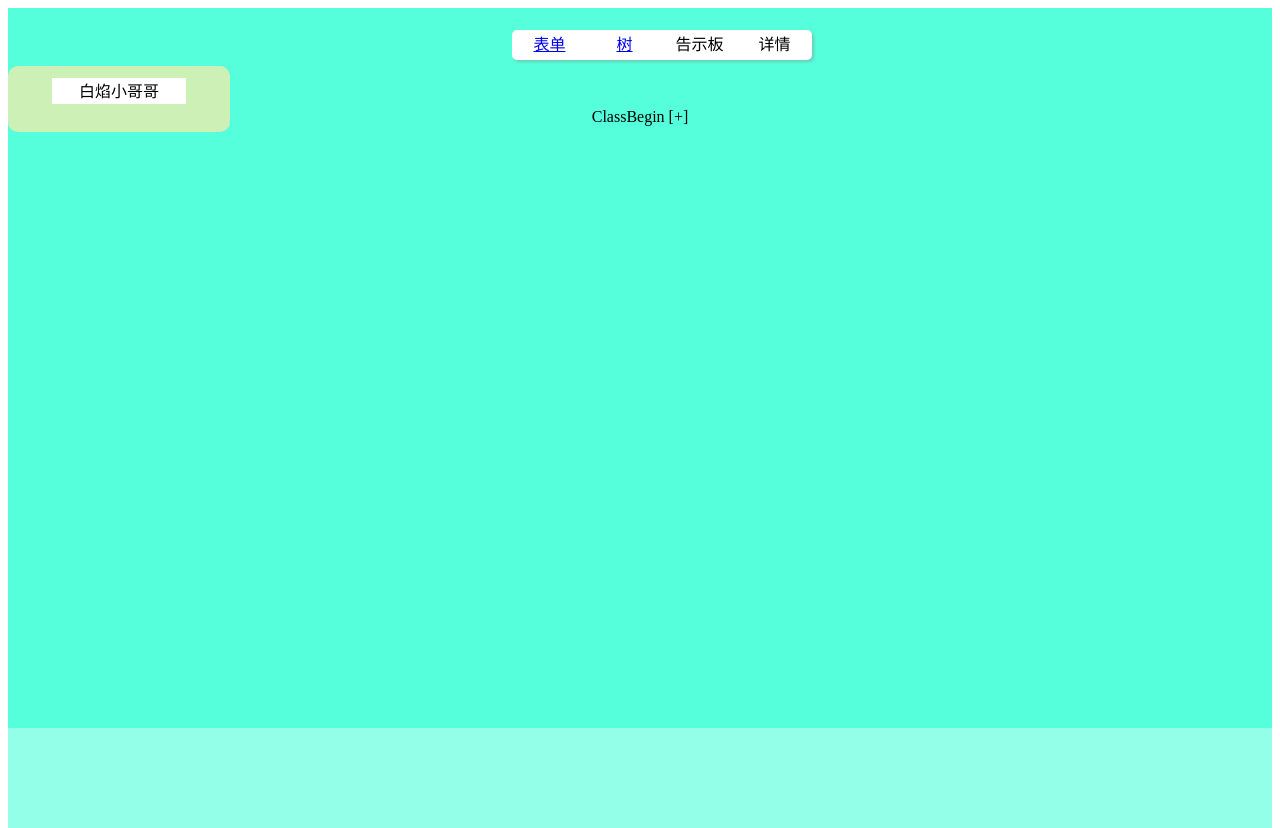
Repository: lxl0302/ClassBegin_-sound_code
Page: /#/tree
An editor plug-in stored every save of this project. The page is shown before and after a run of saves, followed by the edit.
The browser window is 1280 px wide. The pictures show the whole page.
The project was rebuilt for these pictures with package versions that can differ from the ones it lists, and the page was loaded fresh each time. Also part of the build but not shown: src/form/Form.vue, src/form/FromItem.vue, src/form/Input.vue, src/notice/KNotice.vue, src/form/index.vue, src/views/homepage.vue.

Above is the page before, as saved 2020-07-10 17:04:22.

### src/main.js
import Vue from 'vue'
import App from './App.vue'
import create from './utils/create'
import router from './router/index'
import store from './store/index'

Vue.config.productionTip = false

Vue.prototype.$create =create

new Vue({
  router,
  store,
  render: h => h(App),
}).$mount('#app')

### src/App.vue
<template>
  <div id="app">
    <HelloWorld />
  </div>
</template>

<script>
import HelloWorld from './views/index'

export default {
  name: 'App',
  components: {
    HelloWorld
  }
}
</script>

<style>
  html,body{
    height: 100%;
  }
  #app {
    height: 100%;
  }
</style>

### src/utils/create.js
import Vue from 'vue';

export default function create(Component, props) {
  // 先创建实例
  const vm = new Vue({
    render(h) {
      // h就是createElement, 它返回VNode
      return h(Component, {props})
    }
  }).$mount();
  // 手动挂在dom 创建实例后 会有与实例对应的实体dom
  document.body.appendChild(vm.$el)
  // 销毁方法
  const comp = vm.$children[0];
  comp.remove = function() {
    document.body.removeChild(vm.$el); // 移除实体dom
    vm.$destroy() // 销毁实例
  }
  return comp
}

### src/router/index.js
import Vue from "vue";
import VueRouter from "vue-router";

// 1.安装插件
Vue.use(VueRouter);

// 2.创建vue-router实例
//   2.1 导入路由映射组件
import KFrom from "../form/index.vue";
import Tree from "../tree/index1.vue";
import HomePage from '../views/homepage.vue'
const router = new VueRouter({
  // 配置映射
  routes: [
    {
      path: '',
      redirect: '/pagehome'
    },
    {
      path: '/pagehome',
      component: HomePage
    },
    {
      path: "/kform", // 设置路由路径
      component: KFrom, // 路由路径对应组件
    },
    {
      path: "/tree",
      component: Tree,
    },
  ]
});

// 3.导出
export default router;

### src/store/index.js
import Vuex from 'vuex'
import Vue from 'vue'

Vue.use(Vuex)

const store = new Vuex.Store({
  state: {
    count: 0,
    masterName: '白焰小哥哥'
  },
  mutations: {
    increment(state) {
      state.count ++
    },
    decrement(state) {
      state.count --
    }
  }
})

export default store

### src/views/index.vue
<template>
  <div class="zong">
    <storeView></storeView>
    <div class="toolbar">
      <span><router-link to="/kform">表单</router-link></span>
      <span><router-link to="/tree">树</router-link></span>
      <span>告示板</span>
      <span>详情</span>
    </div>
    <!-- 展示路由组件 -->
    <router-view></router-view>
  </div>
</template>

<script>
  import storeView from './storeView'
  export default {
    name: 'index',
    components: {
      storeView
    },
    data() {
      return {}
    },
    computed: {
      testData() {
        return this.$store.state.count
      }
    },
    mounted() {},
    methods: {
      formClick() {
        this.$router.push('/kform')
      },
      treeClick() {
        this.$router.push('/tree')
      }
    }
  }
</script>
<style scoped>
  div {
    /*早期浏览器*/
    user-select: none;
  }

  .zong {
    width: 100%;
    height: 100%;
    background-color: rgba(0, 255, 200, 0.418);
  }

  .toolbar {
    position: absolute;
    top: 30px;
    left: 40%;
    width: 300px;
    height: 30px;
    border-radius: 5px;
    background-color: white;
    box-shadow: 2px 2px 3px rgba(128, 128, 128, 0.377);
    /* 设置元素两端对齐 */
    text-align: justify;
  }

  .toolbar::after {
    content: '';
    display: inline-block;
    overflow: hidden;
    width: 100%;
  }

  .toolbar span {
    width: 25%;
    /* 设置盒子为行内块 */
    display: inline-block;
    /* background-color: skyblue; */
    /* 设置盒子内元素水平居中 */
    text-align: center;
    /* 设置盒子内容垂直居中 */
    line-height: 30px;
  }

  .toolbar span:hover {
    font-size: 16px;
    color: rgb(47, 206, 255);
  }
</style>

### src/tree/index1.vue
<template>
  <div class="zong">
    <item1 :model="treeData" />
  </div>
</template>

<script>
  import item1 from './Item1'
  export default {
    name: 'index',
    components: {
      item1
    },
    data() {
      return {
        treeData: {
          titile: 'ClassBegin',
          Children: [{
              titile: 'Vue2.x',
              Children: [{
                  titile: 'Vue基本语法'
                },
                {
                  titile: '组件通信'
                },
                {
                  titile: 'slot'
                },
                {
                  titile: 'v-router'
                },
                {
                  titile: 'vuex'
                },
                {
                  titile: '源码',
                  Children: [{
                      titile: 'v-router源码'
                    },
                    {
                      titile: 'vuex源码'
                    },
                    {
                      titile: 'vue组成方式'
                    }
                  ]
                }
              ]
            },
            {
              titile: 'Vue3.0',
              Children: [{
                titile: '有待开发'
              }]
            }
          ]
        }
      }
    },
    computed: {},
    mounted() {
      console.log('$router', this.$router);
    },
    methods: {}
  }
</script>
<style scoped>
  .zong {
    height: 100%;
    width: 100%;
    padding-top: 100px;
    text-align: center;
    list-style: none;
  }
</style>

### src/views/storeView.vue
<template>
  <div class="storezong">
    <div class="shichuang">
      {{this.$store.state.masterName}}
    </div>
  </div>
</template>

<script>
export default {
  name: '',
  components: {},
  data() {
    return {}
  },
  computed: {},
  mounted() {},
  methods: {}
}
</script>
<style scoped>
.storezong {
  position: absolute;
  top: 66px;
  height: 66px;
  width: 222px;
  background-color: rgba(235, 236, 173, 0.795);
  border-radius: 10px;
  text-align: center;
}
.shichuang {
  width: 60%;
  height: 40%;
  margin: 12px auto;
  background-color: #fff;
}
</style>

### src/tree/Item1.vue
<template>
  <div>
    <div @click="nodeChange">
      {{model.titile}}
      <span v-if="isFolder">[{{open ? '-' : '+'}}]</span>
    </div>
    <ul v-show="open">
      <item1 v-for="model in model.Children" :model=model :key="model.titile"></item1>
    </ul>
  </div>
</template>

<script>
export default {
  name: 'Item1',
  data() {
    return {
      open: false
    }
  },
  props: {
    model: {
      type: Object
    }
  },
  computed: {
    isFolder() { // 判断有没有子类
      return this.model.Children && this.model.Children.length
    }
  },
  methods: {
    nodeChange() {
      this.open = !this.open
    }
  }
}
</script>
<style scoped>
</style>

Loaded but not shown: public/index.html (common file)

After the next 2 saves:
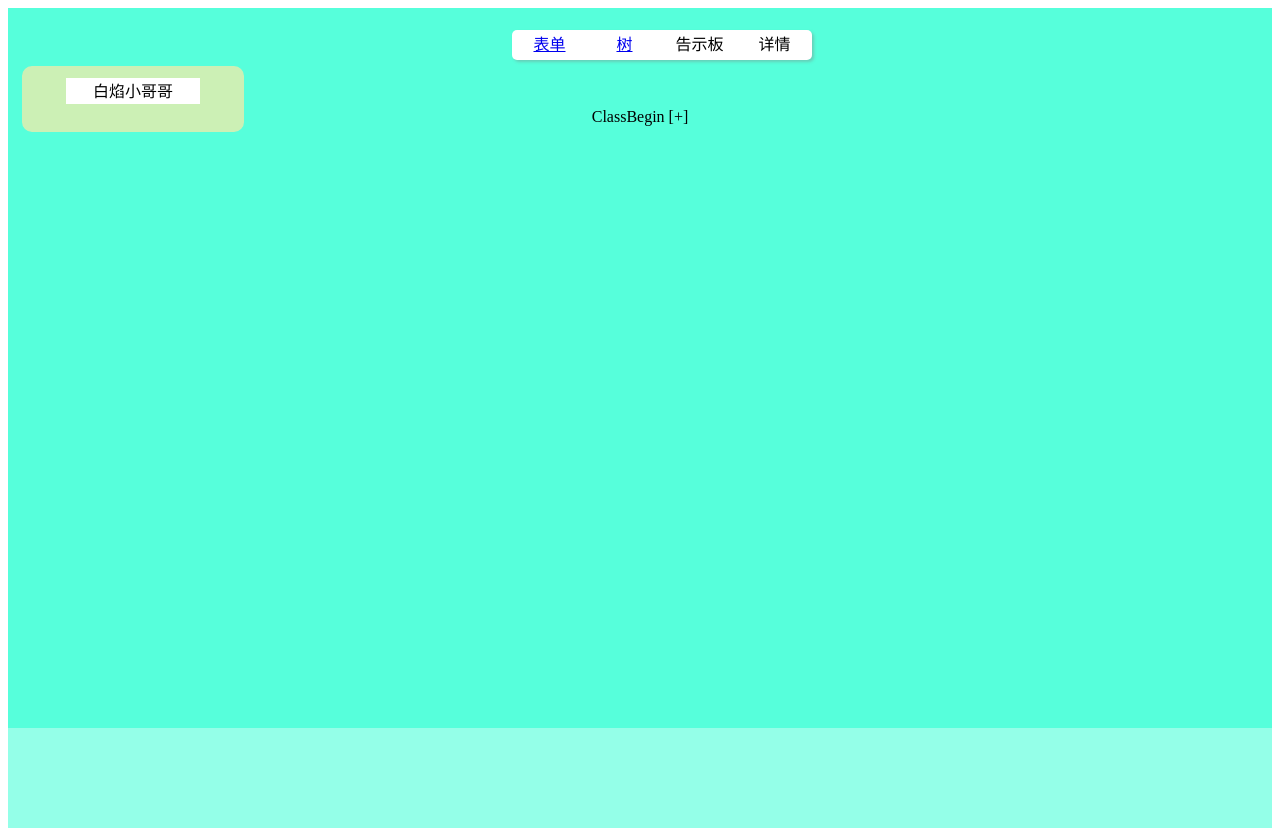
The 2 saves are shown as one change because they came seconds apart.
The last was saved 6 s later.
--- a/src/views/storeView.vue
+++ b/src/views/storeView.vue
@@ -22,6 +22,7 @@ export default {
 .storezong {
   position: absolute;
   top: 66px;
+  left: 22px;
   height: 66px;
   width: 222px;
   background-color: rgba(235, 236, 173, 0.795);
